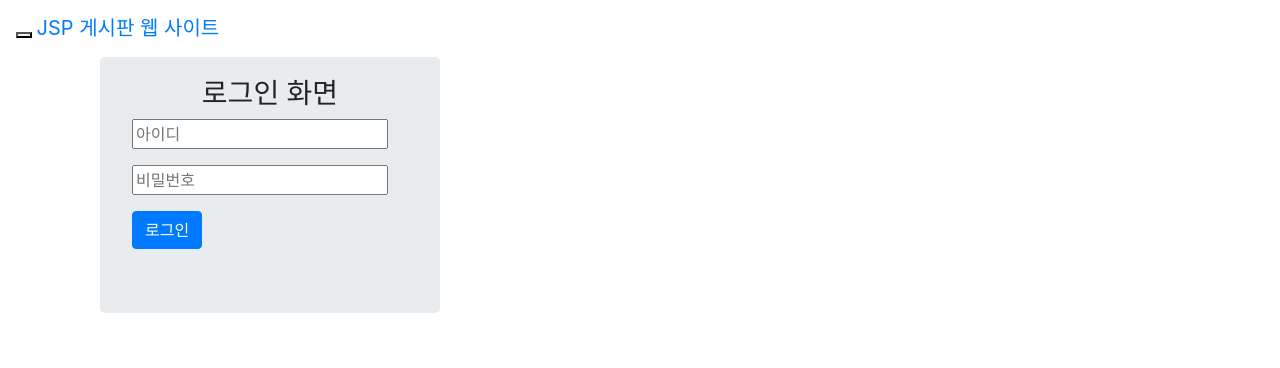
Repository: hz6450/2024-summer-jsp-notice-project
Page: http://localhost/BBS/login.jsp
An editor plug-in stored every save of this project. The page is shown before and after the next save, followed by the edit.
The browser window is 1280 px wide. The pictures show the whole page.
Some web libraries are served in a nearby version. The page is served by Tomcat 10. Other server files are loaded and not shown.

Above is the page before, as saved 2024-07-10 05:01:21.

### projects/BBS/src/main/webapp/login.jsp
<%@ page language="java" contentType="text/html; charset=UTF-8" pageEncoding="UTF-8" %>
    <!DOCTYPE html>
    <html>

    <head>
        <meta charset="UTF-8">
        <meta name="viewport" content="width=device-width" initial-scale="1">
        <link rel="stylesheet" href="css/bootstrap.css">
        <title>jsp 게시판 웹 사이트</title>
    </head>

    <body>
        <nav class="navbar navbar-default">
            <div class="navbar-header">
                <button type="button" class="navbar-toggle" data-toggle="collapse"
                    data-target="#bs-example-navbar-collapse-1" aria-expanded="false">
                    <span class="icon-bar"></span>
                    <span class="icon-bar"></span>
                    <span class="icon-bar"></span>
                </button>
                <a class="navbar-brand" href="main.jsp">JSP 게시판 웹 사이트</a>
            </div>
            <div class="collapse navbar-collapse" id="bs-example-navbar-collapse-1">
                <ul class="nav navbar-nav">
                    <li><a href="main.jsp">메인</a></li>
                    <li><a href="bbs.jsp">게시판</a></li>
                </ul>
                <ul class="nav navber-nav navbar-right">
                    <li class="dropdown">
                        <a href="#" class="dropdown-toggle"
                        data-toggle="dropdown" role="button" aria-haspopup="true"
                        aria-expanded="false">접속하기<span class="caret"></span></a>
                        <ul class="dropdown-menu">
                        	<li class="active"><a href="login.jsp">로그인</a></li>
                        	<li><a href="join.jsp">회원가입</a></li>
                        </ul>

                    </li>
                </ul>
            </div>
        </nav>

        <div class="container">
            <div class="col-lg-4"></div>
            <div class="col-lg-4">
                <div class="jumbotron" style="padding-top: 20px;">
                    <form methon="post" action="LoginAction.jsp">
                        <h3 style="text-align: center;">로그인 화면</h3>
                        <div class="form-group">
                            <input type="text" class="from-control" placeholder="아이디" name="userID" maxlength="20">
                        </div>
                        <div class="form-group">
                            <input type="password" class="from-control" placeholder="비밀번호" name="userPassword" maxlength="20">
                        </div>
                        <input type="submit" class="btn btn-primary from-control" value="로그인">
                    </form>
                </div>
            </div>
            <div class="col-lg-4"></div>

        </div>

        <script src="https://code.jquery.com/jquery-3.1.1.min.js"></script>
        <script src="js/bootstrap.js"></script>

    </body>

    </html>

Loaded but not shown: projects/BBS/src/main/webapp/css/bootstrap.css (library); projects/BBS/src/main/webapp/js/bootstrap.js (library)

After the next save:
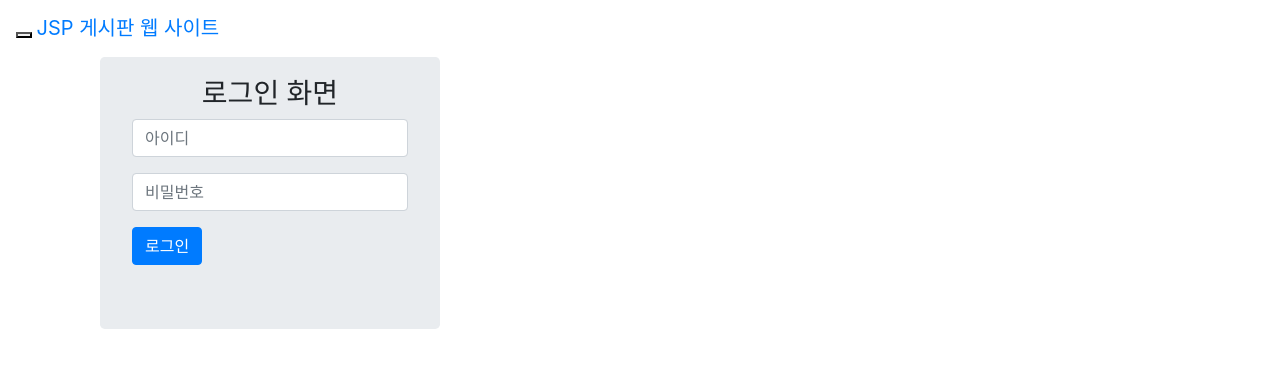
Saved 39 s later.
--- a/projects/BBS/src/main/webapp/login.jsp
+++ b/projects/BBS/src/main/webapp/login.jsp
@@ -47,10 +47,10 @@
                     <form methon="post" action="LoginAction.jsp">
                         <h3 style="text-align: center;">로그인 화면</h3>
                         <div class="form-group">
-                            <input type="text" class="from-control" placeholder="아이디" name="userID" maxlength="20">
+                            <input type="text" class="form-control" placeholder="아이디" name="userID" maxlength="20">
                         </div>
                         <div class="form-group">
-                            <input type="password" class="from-control" placeholder="비밀번호" name="userPassword" maxlength="20">
+                            <input type="password" class="form-control" placeholder="비밀번호" name="userPassword" maxlength="20">
                         </div>
                         <input type="submit" class="btn btn-primary from-control" value="로그인">
                     </form>
